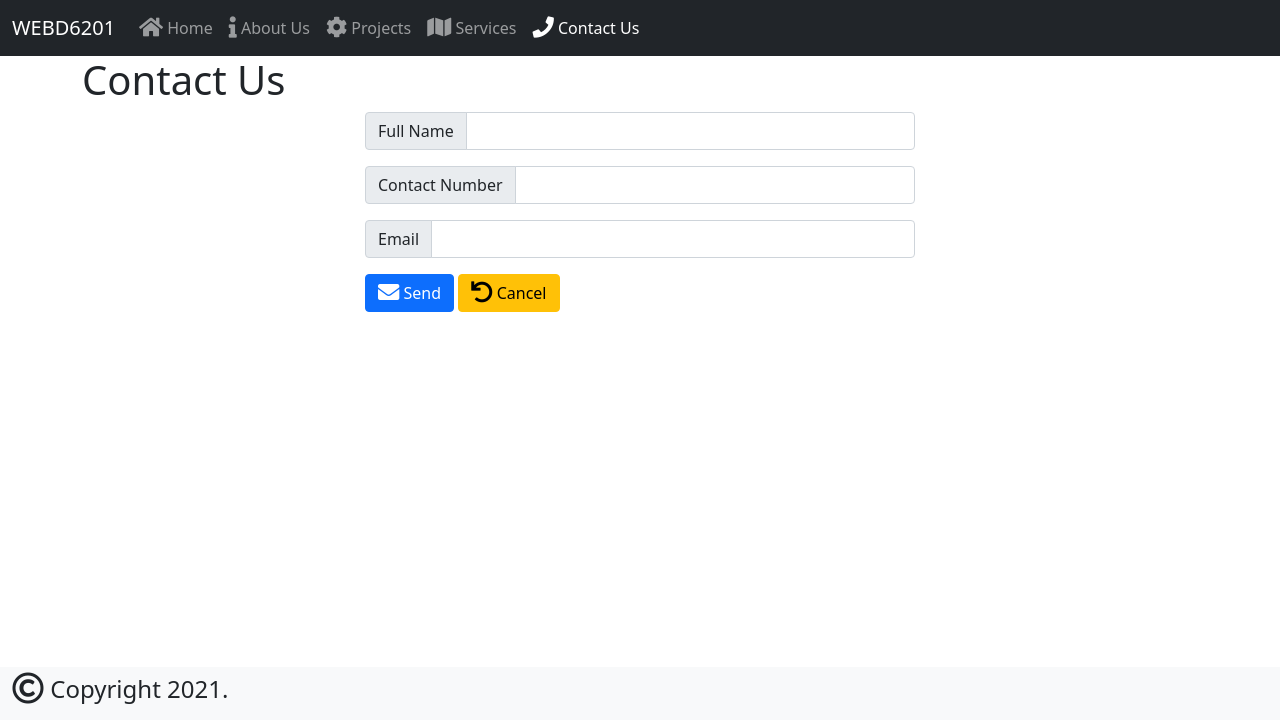
Repository: jaisydh07/WEBD6201-ICE3
Page: contact.html
The author's editor kept a copy of each file at every save. The page is drawn from the files as they stood at one save, then again after the next save.
The browser window is 1280 px wide. The pictures show the whole page.

Above is the page before, as saved 2021-01-29 03:21:07.

### contact.html
<!DOCTYPE html>
<html lang="en">
<head>
    <meta charset="UTF-8">
    <meta name="viewport" content="width=device-width, initial-scale=1.0">
    <title>Contact</title>
    <!-- CSS Section -->
    <link rel="stylesheet" href="./node_modules/bootstrap/dist/css/bootstrap.min.css">
    <link rel="stylesheet" href="./node_modules/@fortawesome/fontawesome-free/css/all.min.css">
    <link rel="stylesheet" href="./Content/app.css">
</head>
<body>
    <!-- Main Header -->
    <header>
        <!-- Main Navigation -->
        <nav class="navbar navbar-expand-lg navbar-dark bg-dark">
            <div class="container-fluid">
              <a class="navbar-brand" href="index.html">WEBD6201</a>
              <button class="navbar-toggler" type="button" data-bs-toggle="collapse" data-bs-target="#navbarSupportedContent" aria-controls="navbarSupportedContent" aria-expanded="false" aria-label="Toggle navigation">
                <span class="navbar-toggler-icon"></span>
              </button>
              <div class="collapse navbar-collapse" id="navbarSupportedContent">
                <ul class="navbar-nav me-auto mb-2 mb-lg-0">
                  <li class="nav-item">
                    <a class="nav-link" aria-current="page" href="index.html"><i class="fas fa-home fa-lg"></i> Home</a>
                  </li>

                  <li class="nav-item">
                    <a class="nav-link" aria-current="page" href="about.html"><i class="fas fa-info fa-lg"></i> About Us</a>
                  </li>

                  <li class="nav-item">
                    <a class="nav-link" aria-current="page" href="projects.html"><i class="fas fa-cog fa-lg"></i> Projects</a>
                  </li>

                  <li class="nav-item">
                    <a class="nav-link" aria-current="page" href="services.html"><i class="fas fa-map fa-lg"></i> Services</a>
                  </li>

                  <li class="nav-item">
                    <a class="nav-link active" aria-current="page" href="contact.html"><i class="fas fa-phone fa-lg"></i> Contact Us</a>
                  </li>
                </ul>
              </div>
            </div>
          </nav>
    </header>

    <!-- Main Content -->
    <main class="container">
        <h1>Contact Us</h1>
        <div id="messageArea"></div>

        <div class="row justify-content-lg-center g-3">
          <form class="col-lg-6 col-md-10 col-sm-10">

            <div class="input-group mb-3">
              <span class="input-group-text" id="inputGroup-sizing-default">Full Name </span>
              <input id="fullName" type="text" class="form-control" aria-label="Full Name" aria-describedby="Full Name Input"
              name="fullName" required>
            </div>

            <div class="input-group mb-3">
              <span class="input-group-text" id="inputGroup-sizing-default">Contact Number</span>
              <input id="contactNumber" type="tel" class="form-control" aria-label="Contact Number" aria-describedby="Contact Number Input"
              name="contactNumber" required>
            </div>

            <div class="input-group mb-3">
              <span class="input-group-text" id="inputGroup-sizing-default">Email</span>
              <input id="emailAddress" type="email" class="form-control" aria-label="Email Address" aria-describedby="Email Address Input"
              name="emailAddress" required>
            </div>

            <button id="sendButton" type="submit" class="btn btn-primary"><i class="fas fa-envelope fa-lg"></i> Send</button>
            <button id="cancelButton" type="reset" class="btn btn-warning"><i class="fas fa-undo fa-lg"></i> Cancel</button>
          </form>
        </div>


    </main>

    <!-- Main Footer -->
    <footer>
        <nav class="navbar fixed-bottom navbar-light bg-light">
            <div class="container-fluid">
              <h4><i class="far fa-copyright fa-lg"></i> Copyright 2021.</h4>
            </div>
          </nav>
    </footer>

    <!-- Script Section-->
    <script src="./node_modules/jquery/dist/jquery.min.js"></script>
    <script src="./node_modules/bootstrap/dist/js/bootstrap.bundle.min.js"></script>
    <script src="./Scripts/contact.js"></script>
    <script src="./Scripts/app.js"></script>
</body>
</html>

### Scripts/contact.js
"use strict";

// Contact Class
class Contact {
    // getters and setters
    get FullName()
    {
      return this.m_fullName;
    }

    set FullName(value)
    {
      this.m_fullName = value;
    }

    get ContactNumber()
    {
      return this.m_contactNumber;
    }

    set ContactNumber(value)
    {
      this.m_contactNumber = value;
    }

    get EmailAddress()
    {
      return this.m_emailAddress;
    }

    set EmailAddress(value)
    {
      this.m_emailAddress = value;
    }

    // constructor

     /**
     * @param {string} fullName
     * @param {string} contactNumber
     * @param {string} emailAddress
     */
    constructor(fullName = "", contactNumber = "", emailAddress = "")

    {
        this.FullName = fullName;
        this.ContactNumber = contactNumber;
        this.EmailAddress = emailAddress;
    }

    // methods

    /**
     * This method overrides the built-in toString method for the Contact class
     *
     * @returns {string}
     */

    toString()
    {
        return `Full Name     : ${this.FullName} \nContact Number: ${this.ContactNumber}\nEmail Address : ${this.EmailAddress}`;
    }

    /**
     * This method returns a JSON object made up of the properties of the Contact class
     *
     * @returns {Object}
     */
    toJSON()
    {
      return {
        "fullName": this.FullName,
        "contactNumber": this.ContactNumber,
        "emailAddress": this.EmailAddress
      }
    }

    /**
     * This method converts the Contact into a comma-separated value string
     *
     * @returns {string}
     */
    serialize()
    {
        if(this.FullName !== "" && this.ContactNumber !== "" && this.EmailAddress !== "")
        {
          return `${this.FullName},${this.ContactNumber},${this.EmailAddress}`;
        }
        else
        {
          console.error("One or more properties of the Contact is empty");
          return null;
        }
    }

    /**
     * This method takes a comma-separated data string and assigns the values to the Contact class properties
     *
     * @param {string} data
     * @return {void}
     */
    deserialize(data)
    {
      let propertyArray = data.split(",");
      this.FullName = propertyArray[0];
      this.ContactNumber = propertyArray[1];
      this.EmailAddress = propertyArray[2];
    }

  }

### Scripts/app.js
/* custom JavaScript goes here */

//IIFE - Immediately Invoked Function Expression
//AKA - Anonymous Self-Executing Function
//Closure - limits scope leak

"use strict";

(function()
{
    function displayHome()
    {
        let paragraphOneText =
          "This is a simple site to demonstrate DOM Manipulation for ICE 1";

        let paragraphOneElement = document.getElementById("paragraphOne");

        paragraphOneElement.textContent = paragraphOneText;
        paragraphOneElement.className = "fs-5";

        // Step 1. document.createElement
        let newParagraph = document.createElement("p");
        // Step 2. configure the element
        newParagraph.setAttribute("id", "paragraphTwo");
        newParagraph.textContent = "...And this is paragraph two";
        // Step 3. select the parent element
        let mainContent = document.getElementsByTagName("main")[0];
        // Step 4. Add / Insert the element
        mainContent.appendChild(newParagraph);

        newParagraph.className = "fs-6";

        // another way of injecting content
        let paragraphDiv = document.createElement("div");
        let paragraphThree = `<p id="paragraphThree" class="fs-7 fw-bold">And this is the Third Paragraph</p>`;
        paragraphDiv.innerHTML = paragraphThree;

        // insertions

        // example of inserting before a node
        //newParagraph.before(paragraphDiv);

        // example of inserting after a node
        newParagraph.after(paragraphDiv);

        // deletions

        // example of removing a single element
        //paragraphOneElement.remove();

        // example of removeChild
        mainContent.removeChild(paragraphOneElement);

        // update / modification
        //mainContent.firstElementChild.textContent = "Welcome Home!";

        mainContent.innerHTML = `<h1 id="firstHeading">Welcome to WEBD6201 - Lab 1</h1>
         <p id="paragraphOne" class="fs-3 fw-bold">This is my first Paragraph</p>
        `;

    }

    function displayAbout()
    {

    }

    function displayProjects()
    {

    }

    function displayServices()
    {

    }

    function displayContact()
    {
        let messageArea = document.getElementById("messageArea");
        messageArea.hidden = true;

        // form validation
        let fullName = document.getElementById("fullName");
        fullName.addEventListener("blur", function() {
            if(fullName.value.length < 2)
            {
                fullName.focus();
                fullName.select();
                messageArea.hidden = false;
                messageArea.className = "alert alert-danger";
                messageArea.textContent = "Please enter an appropriate Name";
            }
            else
            {
                messageArea.removeAttribute("class");
                messageArea.hidden = true;
            }
        });

        let sendButton = document.getElementById("sendButton");
        sendButton.addEventListener("click", function(event){
            //event.preventDefault();

            let contact = new Contact(fullName.value, contactNumber.value, emailAddress.value);

            if(contact.serialize())
            {
              localStorage.setItem((localStorage.length + 1).toString(), contact.serialize());
            }

        });
    }

    function displayContactList()
    {
      if (localStorage.length > 0)
      {
        let contactList = document.getElementById("contactList");

        let data = "";

        for (let index = 0; index < localStorage.length; index++)
        {
          let contactData = localStorage.getItem((index + 1).toString());

          let contact = new Contact();
          contact.deserialize(contactData);

          data += `<tr>
          <th scope="row">${index + 1}</th>
          <td>${contact.FullName}</td>
          <td>${contact.ContactNumber}</td>
          <td>${contact.EmailAddress}</td>
        </tr>`;
        }

        contactList.innerHTML = data;
      }
    }


    function Start()
    {
        console.log("App Started...");

        switch (document.title)
        {
          case "Home":
              displayHome();
            break;
          case "About":
              displayAbout();
            break;
          case "Projects":
              displayProjects();
            break;
          case "Services":
              displayServices();
            break;
          case "Contact":
              displayContact();
            break;
          case "Contact-List":
              displayContactList();
            break;
        }

    }

    window.addEventListener("load", Start);

})();

Loaded but not shown: node_modules/bootstrap/dist/css/bootstrap.min.css (library); node_modules/@fortawesome/fontawesome-free/css/all.min.css (library); Content/app.css (common file); node_modules/jquery/dist/jquery.min.js (library); node_modules/bootstrap/dist/js/bootstrap.bundle.min.js (library)

After the next save:
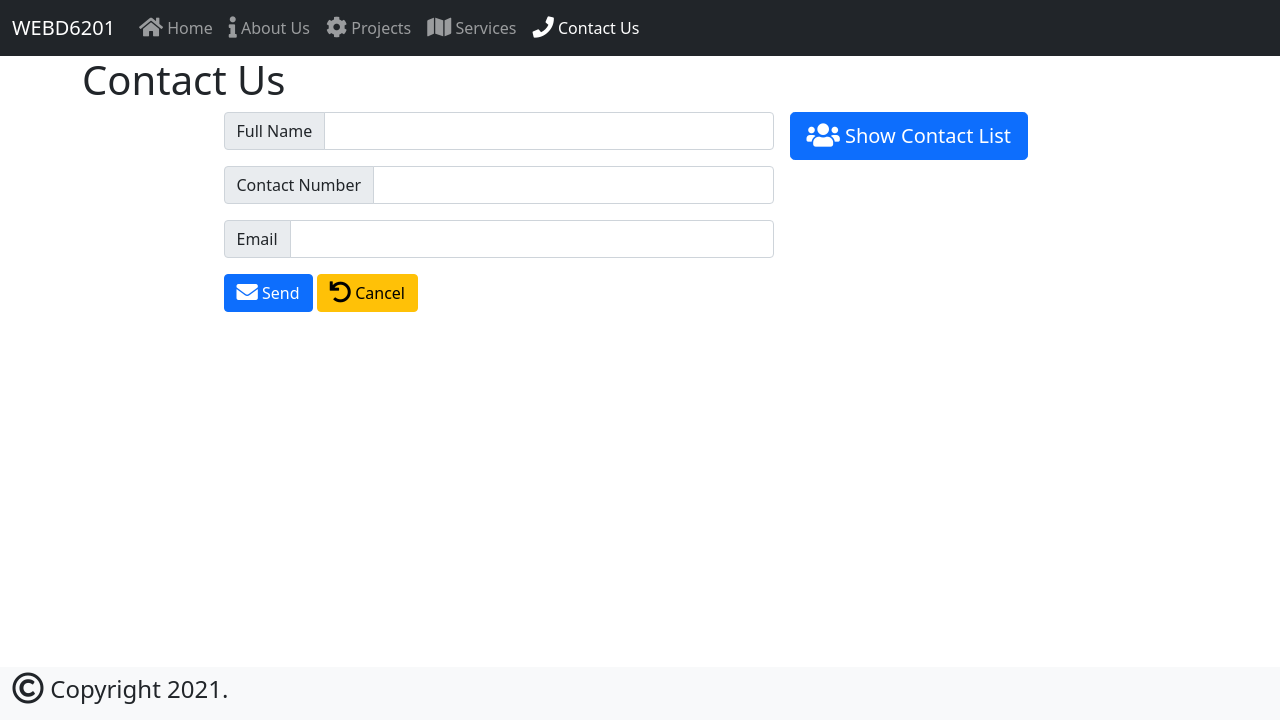
Saved 57 s later.
--- a/contact.html
+++ b/contact.html
@@ -75,6 +75,10 @@
             <button id="sendButton" type="submit" class="btn btn-primary"><i class="fas fa-envelope fa-lg"></i> Send</button>
             <button id="cancelButton" type="reset" class="btn btn-warning"><i class="fas fa-undo fa-lg"></i> Cancel</button>
           </form>
+
+          <div class="col-lg-3 col-md-3">
+            <a href="contact-list.html" class="btn btn-primary btn-lg"><i class="fas fa-users fa-lg"></i> Show Contact List</a>
+          </div>
         </div>
 
 
